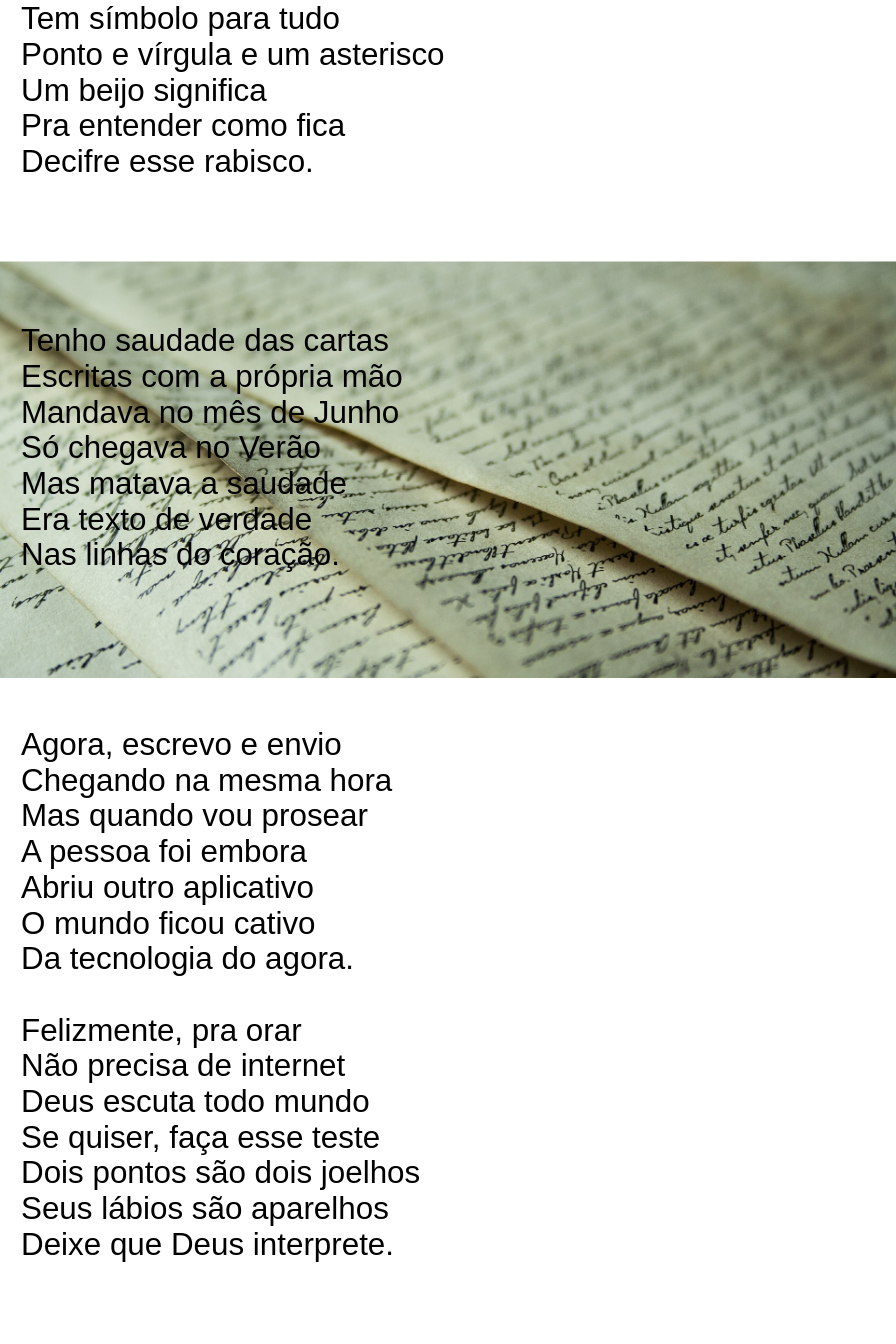
Repository: jorgprado/curso-html-css-Guanabara
Page: exec-pag-cordel/index.html
The author's editor kept a copy of each file at every save. The page is drawn from the files as they stood at one save, then again after a run of saves.
The browser window is 1280 px wide. The pictures show the part of the page from y = 1932 to 3852 px (the page is 3852 px tall before and 3819 px after), at 70% of full size.
Backgrounds fixed to the window are drawn as part of the page. Some web fonts or font styles are not loaded; a fallback is used.

Above is the page before, as saved 2023-05-18 16:52:02.

After the next 2 saves:
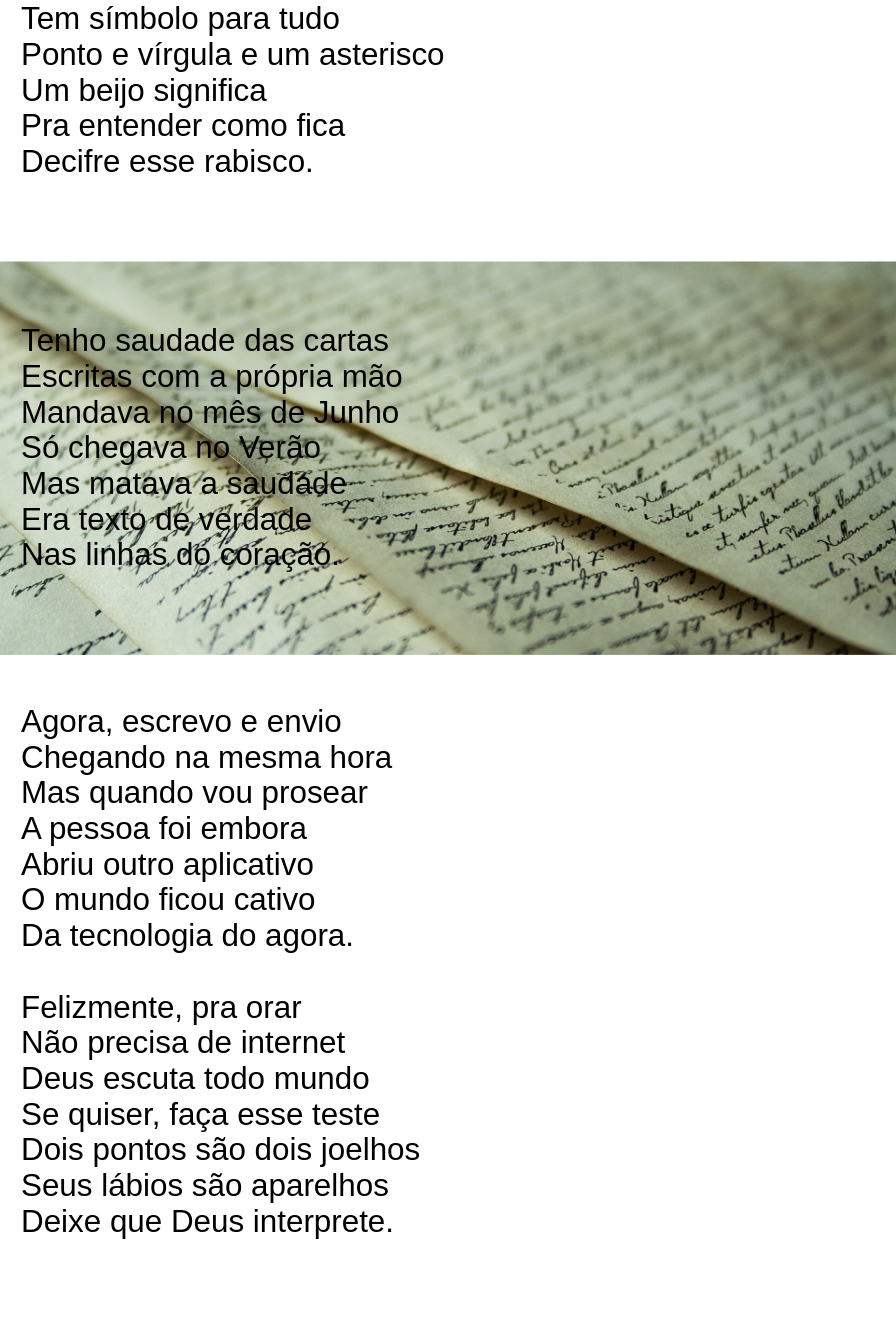
The 2 saves are shown as one change because they came seconds apart.
The last was saved 24 s later.
--- a/exec-pag-cordel/index.html
+++ b/exec-pag-cordel/index.html
@@ -61,7 +61,7 @@
 
             <div class="box box-img1">
 
-                    <p class="bg">
+                    <p>
                         Tenho saudade das cartas
                         Escritas com a própria mão
                         Mandava no mês de Junho
@@ -69,7 +69,7 @@
                         Mas matava a saudade
                         Era texto de verdade
                         Nas linhas do coração.
-
+                    </p>
                 </div>
             </div>
 
